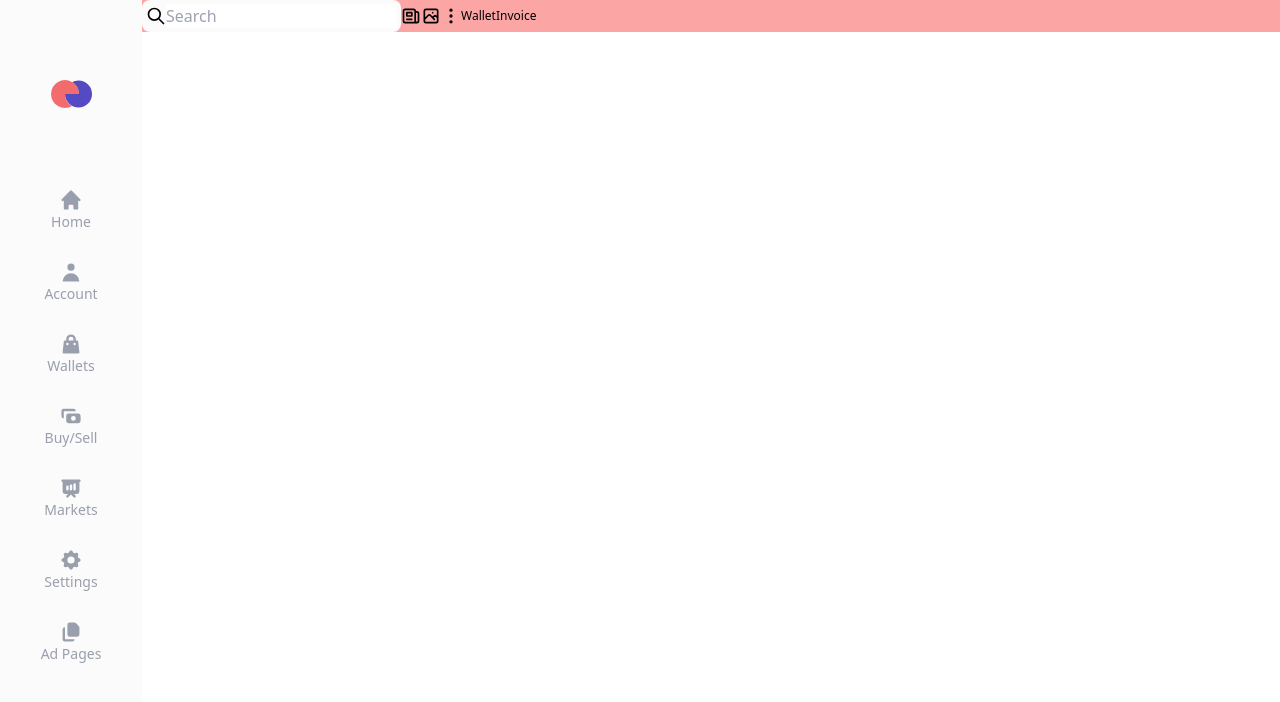
Repository: almaqdad55/crypto-app-nextjs
Page: /
These files come from the project's save history. The page is drawn as it stood at one moment and after the next save; the edit follows.
The browser window is 1280 px wide. The pictures show the whole page.
The project was rebuilt for these pictures with package versions that can differ from the ones it lists, and the page was loaded fresh each time. The framework's server and built-in components were replaced by stand-ins that run in the browser.

Above is the page before, as saved 2022-01-04 20:05:07.

### pages/index.js
import Head from 'next/head';
import Sidebar from '../components/Sidebar';
import Feed from '../components/Feed';

export default function Home() {
  return (
    <div className="">
      <Head>
        <title>Crypto Trade</title>
        <link rel="icon" href="/logo.svg" />
      </Head>

      <main className="flex">
        <Sidebar />
        <Feed />
        {/* Widget */}
      </main>
    </div>
  );
}

### styles/globals.css
@import url('https://fonts.googleapis.com/css2?family=Lato:wght@300;400;700&display=swap');

@tailwind base;
@tailwind components;
@tailwind utilities;

@layer base {
  body {
    @apply bg-white;
  }
}

@layer components {
  .icon-group {
    @apply flex flex-col  items-center text-sm cursor-pointer text-[#9A9FAD] hover:text-[#544AC3] transition duration-200;
  }
}

### components/Sidebar.jsx
import {
  HomeIcon,
  UserIcon,
  CashIcon,
  ShoppingBagIcon,
  PresentationChartBarIcon,
  CogIcon,
  DocumentDuplicateIcon,
} from '@heroicons/react/solid';

const Sidebar = () => {
  return (
    <div className="flex flex-col items-center  h-screen w-[142px]  bg-[#fbfbfb] ">
      <div className="mt-20">
        <img src="/logo.svg" alt="" />
      </div>
      <div className="mb-40 mt-20 flex flex-col space-y-7">
        <div className="icon-group group">
          <HomeIcon className="h-6 " />
          <span className="">Home</span>
        </div>
        <div className="icon-group group">
          <UserIcon className="h-6 " />
          <span className="">Account</span>
        </div>
        <div className="icon-group group">
          <ShoppingBagIcon className="h-6 " />
          <span className="">Wallets</span>
        </div>
        <div className="icon-group group ">
          <CashIcon className="h-6 " />
          <span className="">Buy/Sell</span>
        </div>
        <div className="icon-group group">
          <PresentationChartBarIcon className="h-6 " />
          <span className="">Markets</span>
        </div>
        <div className="icon-group group">
          <CogIcon className="h-6 " />
          <span className="">Settings</span>
        </div>
        <div className="icon-group group">
          <DocumentDuplicateIcon className="h-6 " />
          <span className="">Ad Pages</span>
        </div>
      </div>
    </div>
  );
};

export default Sidebar;

### components/Feed.jsx
import {
  DotsVerticalIcon,
  PhotographIcon,
  NewspaperIcon,
  SearchIcon,
} from '@heroicons/react/outline';

// import { SearchIcon } from '@heroicons/react/solid';
const Feed = () => {
  return (
    <div className=" flex-grow  ">
      <div className="flex items-center bg-red-300">
        <div className="flex items-center bg-[#fbfbfb] rounded-lg p-1">
          <SearchIcon className="h-5" />
          <input type="text" placeholder={`Search`} className="outline-none" />
        </div>
        <div className="flex ">
          <NewspaperIcon className="h-5" />
          <PhotographIcon className="h-5" />
          <DotsVerticalIcon className="h-5" />
        </div>
        <div className="flex text-xs">
          <p>Wallet</p>
          <p>Invoice</p>
        </div>
      </div>
    </div>
  );
};

export default Feed;

### tailwind.config.js
module.exports = {
  content: [
    './pages/**/*.{js,ts,jsx,tsx}',
    './components/**/*.{js,ts,jsx,tsx}',
  ],
  theme: {
    extend: {
      fontFamily: {
        Lato: ['Lato', 'sans-serif'],
      },
    },
  },
  plugins: [],
};

Loaded but not shown: pages/_app.js (common file); pages/api/hello.js (common file); pages/api/city.js (no copy from this time; the picture is the same without it); pages/api/getYTData.js (no copy from this time; the picture is the same without it)

After the next save:
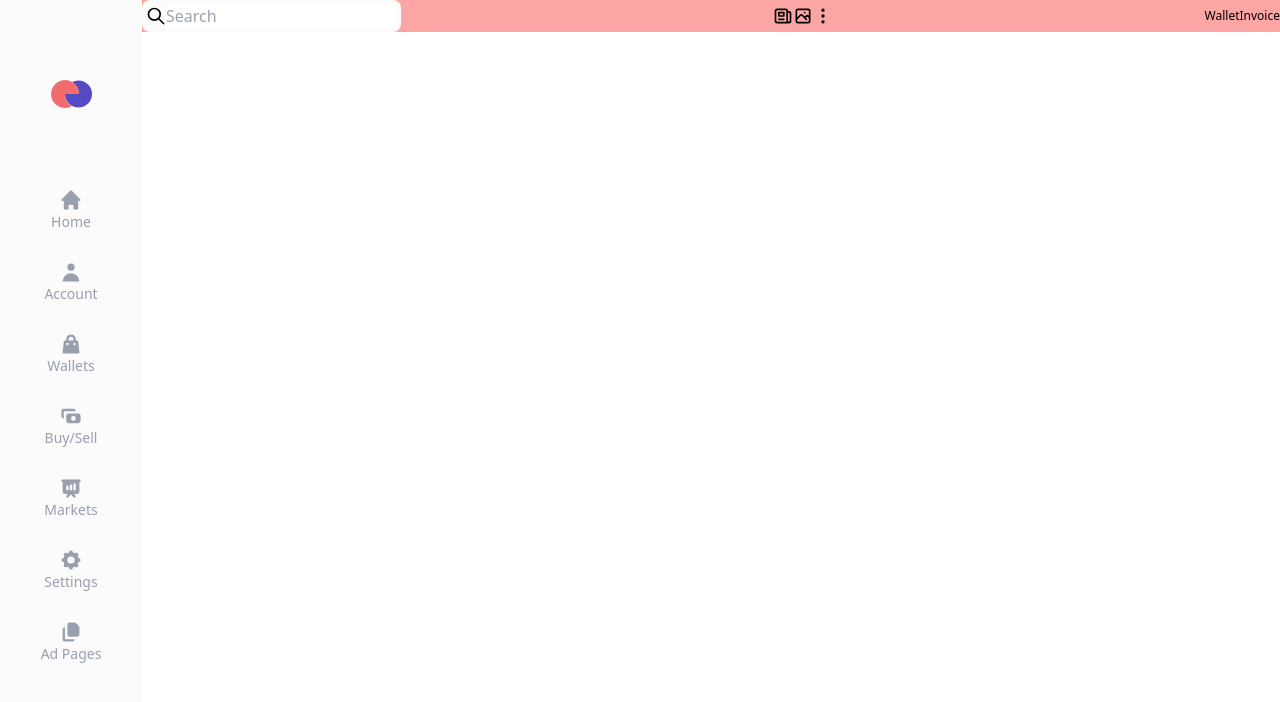
Saved 5 s later.
--- a/components/Feed.jsx
+++ b/components/Feed.jsx
@@ -9,7 +9,7 @@ import {
 const Feed = () => {
   return (
     <div className=" flex-grow  ">
-      <div className="flex items-center bg-red-300">
+      <div className="flex items-center bg-red-300 justify-between">
         <div className="flex items-center bg-[#fbfbfb] rounded-lg p-1">
           <SearchIcon className="h-5" />
           <input type="text" placeholder={`Search`} className="outline-none" />
